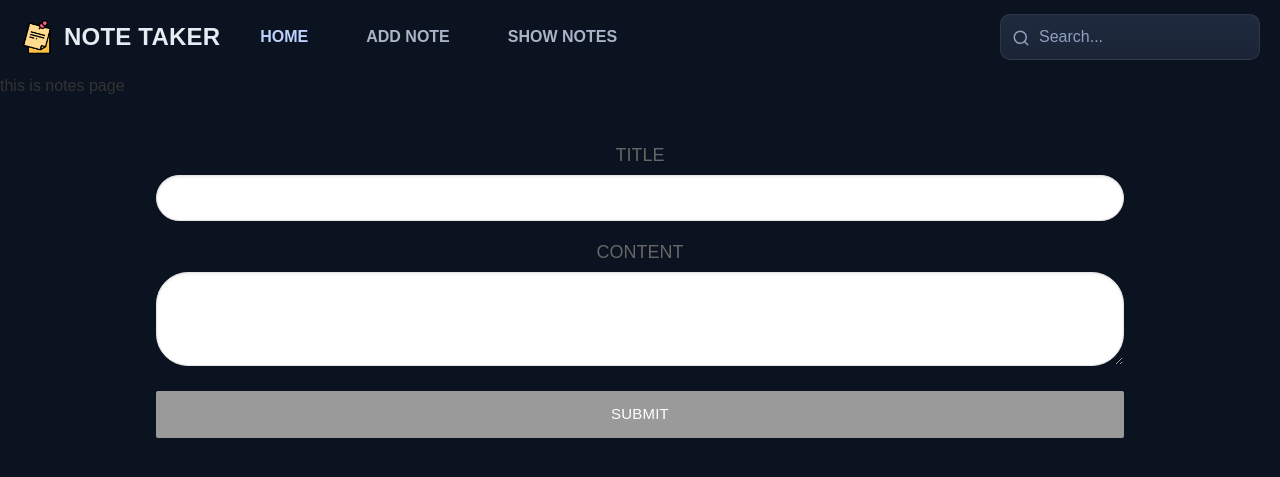
Repository: DEBDEEPTA/NOTE-TAKER
Page: http://localhost/NoteTaker/addnotes.jsp
An editor plug-in stored every save of this project. The page is shown before and after the next save, followed by the edit.
The browser window is 1280 px wide. The pictures show the whole page.
Some web fonts or font styles are not loaded; a fallback is used. The page is served by Tomcat 9. Other server files are loaded and not shown.

Above is the page before, as saved 2025-10-03 07:17:05.

### NoteTaker/src/main/webapp/addnotes.jsp
<%@ page language="java" contentType="text/html; charset=UTF-8"
    pageEncoding="UTF-8"%>
<!DOCTYPE html>
<html>
<head>
<meta charset="UTF-8">

<meta name="viewport" content="width=device-width, initial-scale=1, shrink-to-fit=no">

    <!-- Bootstrap CSS -->
 <link rel="stylesheet" href="https://cdn.jsdelivr.net/npm/bootstrap@4.4.1/dist/css/bootstrap.min.css" integrity="sha384-Vkoo8x4CGsO3+Hhxv8T/Q5PaXtkKtu6ug5TOeNV6gBiFeWPGFN9MuhOf23Q9Ifjh" crossorigin="anonymous">

<title>ADD_NOTES</title>

</head>
<body>

	 <div class="navContainer">
   		<%@include file ="navbar.jsp"%>
   	</div>


   	<p>this is notes page</p>

   <!-- NOTE FORM -->

  <div class="formContainer">
   		<%@include file ="form.jsp"%>
   	</div>

</body>
</html>

### NoteTaker/src/main/webapp/navbar.jsp
<%@ page language="java" contentType="text/html; charset=UTF-8"
    pageEncoding="UTF-8"%>
<!DOCTYPE html>
<html>
<head>
<meta charset="UTF-8">
<meta name="viewport" content="width=device-width, initial-scale=1.0">

<title>NAVBAR</title>

 <link rel="stylesheet" href="./css/navbar.css">
 <link rel="preconnect" href="https://fonts.googleapis.com">
 <link rel="preconnect" href="https://fonts.gstatic.com" crossorigin>
 <link href="https://fonts.googleapis.com/css2?family=Inter:wght@400;500;600;700&display=swap" rel="stylesheet">
</head>



<body>
  <header class="site-header">
    <nav class="navbar" aria-label="Main navigation">
      <span class="brand" aria-label="Flowbite home">
        <img class="brand-logo" src="media/sticky-notes.png" alt="Note Taker logo" />
        <span class="brand-text">NOTE TAKER</span>
      </span>

      <button class="menu-toggle" aria-label="Open menu" aria-expanded="false" aria-controls="mobile-menu">
        <svg viewBox="0 0 24 24" width="24" height="24" fill="none" stroke="currentColor" stroke-width="2" stroke-linecap="round" stroke-linejoin="round" aria-hidden="true">
          <line x1="3" y1="6" x2="21" y2="6"></line>
          <line x1="3" y1="12" x2="21" y2="12"></line>
          <line x1="3" y1="18" x2="21" y2="18"></line>
        </svg>
      </button>


      <ul class="nav-links" role="list">
        <li><a class="nav-link active" href="index.jsp">HOME</a></li>
        <li><a class="nav-link" href="addnotes.jsp">ADD NOTE</a></li>
        <li><a class="nav-link" href="#services">SHOW NOTES</a></li>
      </ul>


      <form class="search" role="search" aria-label="Site">
        <span class="search-icon" aria-hidden="true">
          <svg viewBox="0 0 24 24" width="18" height="18" fill="none" stroke="currentColor" stroke-width="2" stroke-linecap="round" stroke-linejoin="round" aria-hidden="true">
            <circle cx="11" cy="11" r="8"></circle>
            <line x1="21" y1="21" x2="16.65" y2="16.65"></line>
          </svg>
        </span>
        <input class="search-input" type="search" placeholder="Search..." aria-label="Search" />
      </form>
    </nav>
  </header>
  <ul id="mobile-menu" class="mobile-menu" role="list" hidden>
    <li><a class="nav-link active" href="#">HOME</a></li>
    <li><a class="nav-link" href="#about">ADD NOTE</a></li>
    <li><a class="nav-link" href="#services">SHOW NOTES</a></li>
  </ul>
  <script>
  (function(){
    var toggle = document.querySelector('.menu-toggle');
    var menu = document.getElementById('mobile-menu');
    if(!toggle || !menu) return;
    toggle.addEventListener('click', function(){
      var isOpen = toggle.getAttribute('aria-expanded') === 'true';
      toggle.setAttribute('aria-expanded', String(!isOpen));
      menu.hidden = isOpen;
    });
    // Close menu when clicking a link
    menu.addEventListener('click', function(e){
      var target = e.target;
      if(target && target.tagName === 'A'){
        toggle.setAttribute('aria-expanded','false');
        menu.hidden = true;
      }
    });
  })();
  </script>
</body>


</html>

### NoteTaker/src/main/webapp/form.jsp
<!DOCTYPE html>
<html lang="en">
<head>
<meta charset="UTF-8">
<meta name="viewport" content="width=device-width, initial-scale=1.0">
<title>Contact Form</title>
<link rel="stylesheet" href="./css/form.css">
<link rel="preconnect" href="https://fonts.googleapis.com">
<link rel="preconnect" href="https://fonts.gstatic.com" crossorigin>
<link href="https://fonts.googleapis.com/css2?family=Alan+Sans:wght@300..900&family=Bungee+Inline&family=Fugaz+One&family=Ribeye+Marrow&display=swap" rel="stylesheet">
</head>
<body>
<div class="form-card">
<form action="#" method="post" class="contact-form" novalidate>
<div class="form-group">
<label for="phone">TITLE</label>
<input type="tel" id="phone" name="phone" placeholder="" />
<small class="hint" aria-hidden="true"></small>
<div class="error" aria-live="polite"></div>
</div>

<div class="form-group">
<label for="message">CONTENT</label>
<textarea id="message" name="message" rows="3"></textarea>
<div class="error" aria-live="polite"></div>
</div>

<button type="submit" class="submit-btn">SUBMIT</button>
</form>
</div>
</body>
</html>

### NoteTaker/src/main/webapp/css/navbar.css
:root{
  --bg:#0b1220;
  --panel:#1b2537;
  --panel-press:#223049;
  --text:#e7ecf3;
  --muted:#a9b4c7;
  --brand-start:#4f46e5;
  --brand-end:#06b6d4;
  --ring:rgba(99,102,241,.4);
}

*{box-sizing:border-box}
html,body{height:100%}
body{
  margin:0;
  font-family:"Inter",system-ui,-apple-system,Segoe UI,Roboto,Helvetica,Arial,sans-serif;
  background:var(--bg);
  color:var(--text);
}

.site-header{position:sticky;top:0;z-index:10;background:var(--bg)}

.navbar{
  display:flex;
  align-items:center;
  gap:24px;
  padding:14px 20px;
  max-width:100%;
  margin:0 auto;
}

.brand{display:flex;align-items:center;gap:10px;text-decoration:none;color:var(--text)}
.brand-text{font-size:24px;font-weight:700;letter-spacing:.2px}
/* sticky note image logo */
.brand-logo{width:34px;height:34px;display:inline-block;object-fit:contain;border-radius:6px}


/* hamburger button (hidden by default) */
.menu-toggle{display:none;margin-left:auto;background:none;border:0;color:var(--text);padding:8px;border-radius:8px;cursor:pointer}
.menu-toggle:hover{background:var(--panel)}
.menu-toggle:active{background:var(--panel-press)}

/* mobile dropdown menu */
.mobile-menu{list-style:none;margin:8px 20px 0;padding:8px;border:1px solid rgba(255,255,255,.08);background:linear-gradient(180deg,#1f2a3e,#1a2436);border-radius:12px;max-width:1200px}
.mobile-menu li + li{border-top:1px solid rgba(255,255,255,.06)}
.mobile-menu .nav-link{display:block;padding:12px 10px}


.nav-links{display:flex;align-items:center;gap:26px;list-style:none;margin:0;padding:0}
.nav-link{color:var(--muted);text-decoration:none;font-weight:600}
.nav-link:hover{color:var(--text)}
.nav-link.active{color:#bcd2ff}

.search{margin-left:auto;position:relative;display:flex;align-items:center}
.search-icon{position:absolute;left:12px;color:#8fa0bd}
.search-input{
  width:260px;
  padding:10px 12px 10px 38px;
  border-radius:10px;
  background:linear-gradient(180deg,#1f2a3e,#1a2436);
  border:1px solid rgba(255,255,255,.08);
  color:var(--text);
  outline:none;
  transition:box-shadow .15s ease, background-color .15s ease, border-color .15s ease;
}
.search-input::placeholder{color:#8fa0bd}
.search-input:focus{box-shadow:0 0 0 3px var(--ring);border-color:#6b79ff}
.search-input:hover{background:var(--panel)}
.search-input:active{background:var(--panel-press)}

/* responsiveness */
@media (max-width:720px){
  .navbar{gap:16px}
  .nav-links{display:none}
  .search-input{width:180px}
  .menu-toggle{display:inline-flex;align-items:center;justify-content:center}
}

### NoteTaker/src/main/webapp/css/form.css
/* Basic reset */
*{box-sizing:border-box}
html,body{margin:0;padding:0;font-family:Arial,Helvetica,sans-serif;color:#333}

/* Card container to mimic screenshot spacing */
.form-card{max-width:62rem;margin:32px auto;padding:12px}

/* Form */
.contact-form{display:block}
.form-group{margin-bottom:18px}
.form-group label{
    display:block;
    font-size:18px;color:#666;
    margin-bottom:6px;
    text-align:center;

    font-family: "Fugaz One", sans-serif;
    font-weight: 400;
    font-style: normal;
}

/* Inputs look like white boxes with subtle inner shadow */
.contact-form input[type="tel"],

.contact-form textarea{
  width:100%;
  border:1px solid #e5e5e5;
  border-radius:2rem;
  padding:10px 8px;
  font-size:16px;
  font-weight:bold;
  outline:none;
  box-shadow:inset 0 1px 3px rgba(0,0,0,.08);
  text-align:center;
}
.contact-form textarea{resize:vertical;min-height:70px}
.contact-form input:focus,
.contact-form textarea:focus{border-color:#c9c9c9;box-shadow:inset 0 1px 3px rgba(0,0,0,.1),0 0 0 2px rgba(0,0,0,.02)}

/* Error/hint placeholders (not used now, but ready) */
.error{color:#c0392b;font-size:12px;margin-top:6px;display:none}
.hint{color:#aaa;font-size:11px}

/* Submit button: wide gray bar with white text */
.submit-btn{
  width:100%;
  background:#9a9a9a;
  color:#fff;
  border:none;
  border-radius:2px;
  padding:12px 10px;
  font-size:15px;
  font-weight:600;
  letter-spacing:.2px;
  cursor:pointer;
  box-shadow:0 1px 0 rgba(0,0,0,.05);

  font-family: "Fugaz One", sans-serif;
  font-weight: 400;
  font-style: normal;
}
.submit-btn:hover{background:#8f8f8f}
.submit-btn:active{background:#858585}

After the next save:
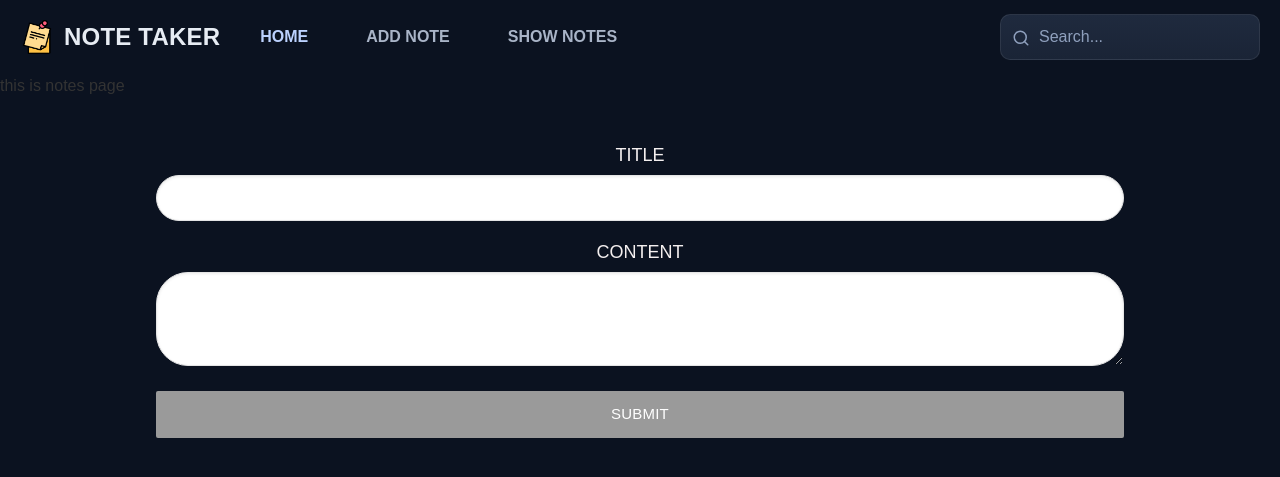
Saved 8 min 12 s later.
--- a/NoteTaker/src/main/webapp/css/form.css
+++ b/NoteTaker/src/main/webapp/css/form.css
@@ -10,7 +10,8 @@ html,body{margin:0;padding:0;font-family:Arial,Helvetica,sans-serif;color:#333}
 .form-group{margin-bottom:18px}
 .form-group label{
     display:block;
-    font-size:18px;color:#666;
+    font-size:18px;
+    color:#f4efef;
     margin-bottom:6px;
     text-align:center;
 
